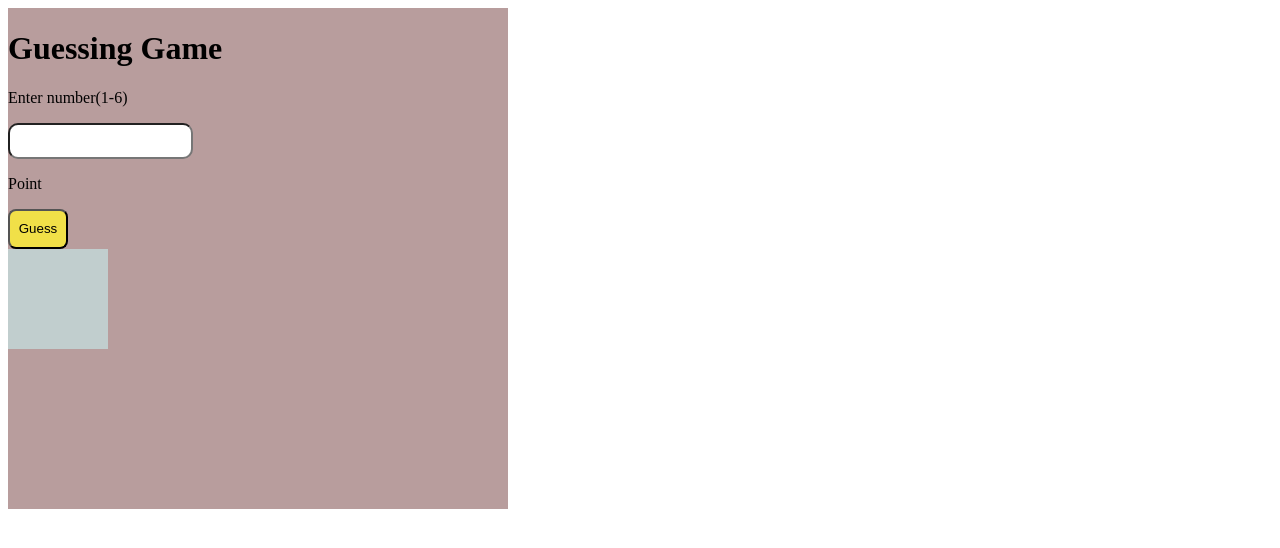
Repository: sedashahnazaryan/Guessing-Game
Page: index.html
These files come from the project's save history. The page is drawn as it stood at one moment and after the next save; the edit follows.
The browser window is 1280 px wide. The pictures show the whole page.

Above is the page before, as saved 2022-02-23 19:37:30.

After the next save:
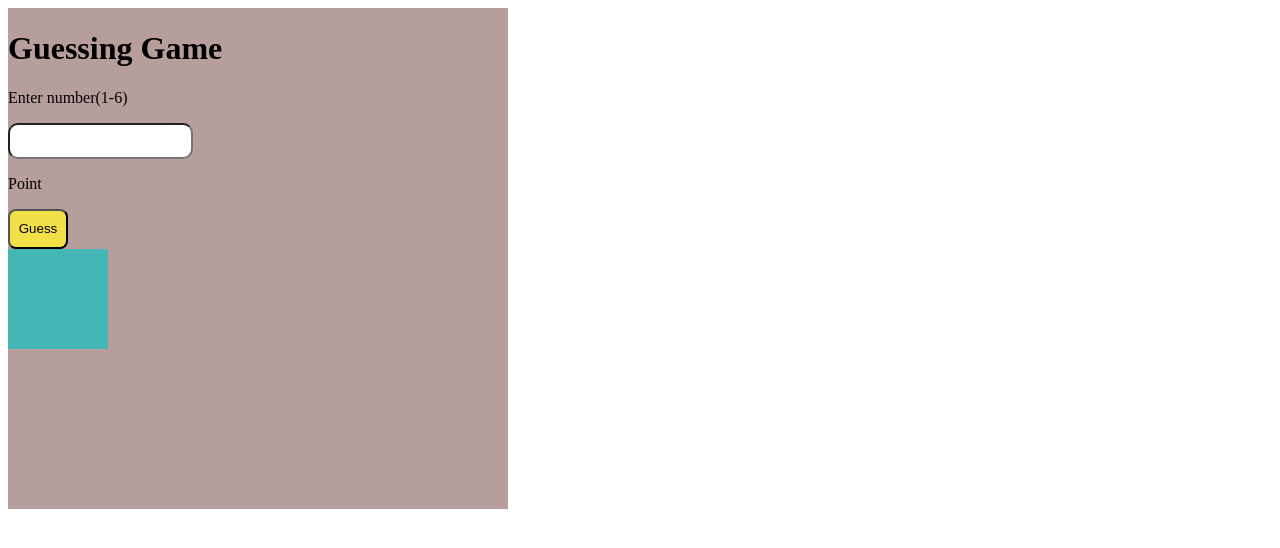
Saved 4 s later.
--- a/index.css
+++ b/index.css
@@ -18,5 +18,5 @@
 .table{
     height: 100px;
     width: 100px;
-    background-color: rgb(193, 206, 206);
+    background-color: rgb(69, 182, 182);
 }
